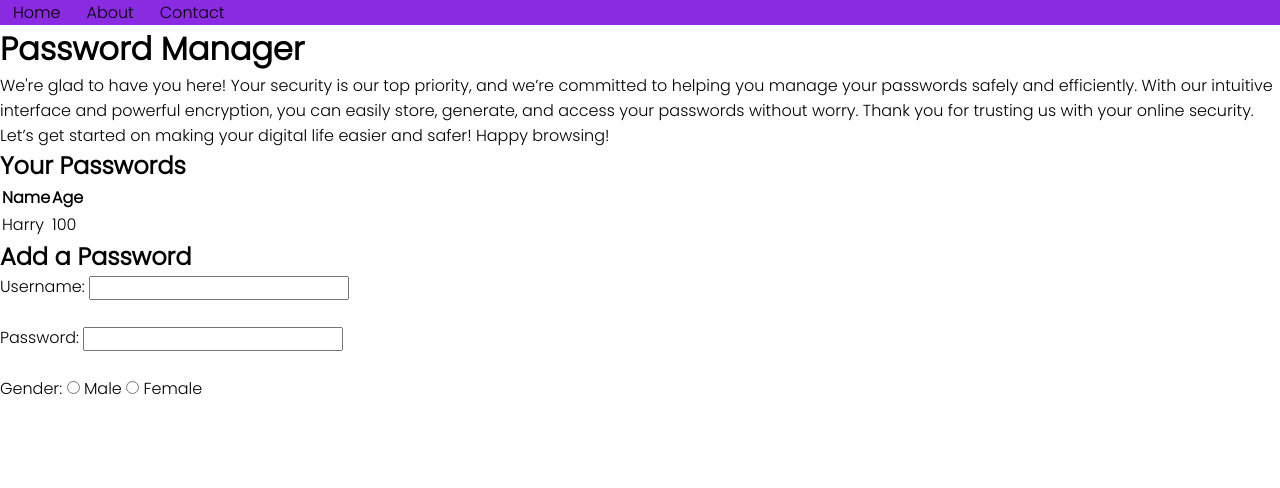
Repository: Abhi2807ar/PASSWORD-MANAGER
Page: index.html
These files come from the project's save history. The page is drawn as it stood at one moment and after the next save; the edit follows.
The browser window is 1280 px wide. The pictures show the whole page.

Above is the page before, as saved 2024-10-14 14:43:00.

After the next save:
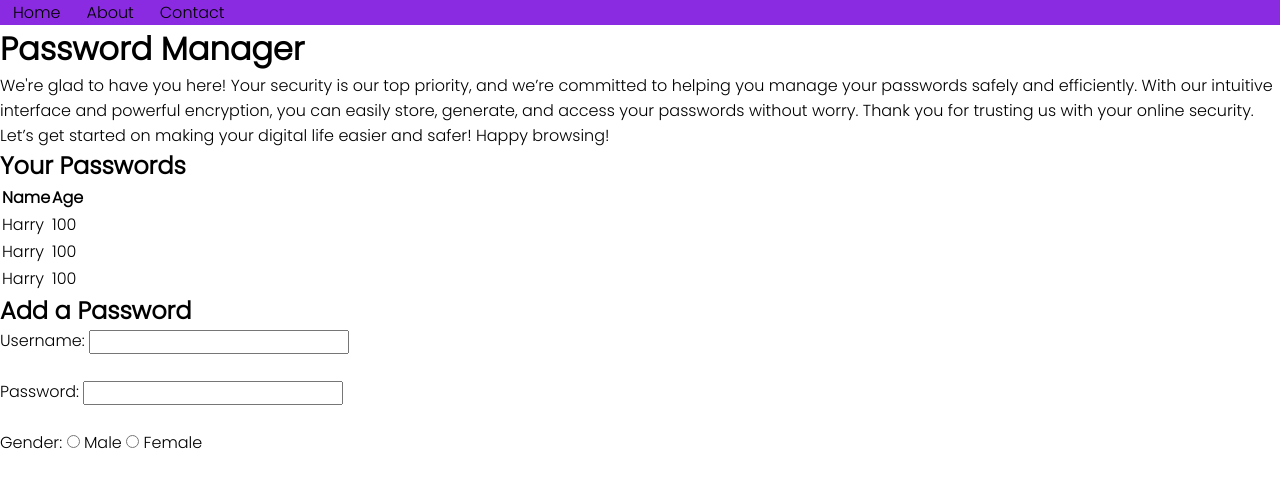
Saved 42 s later.
--- a/index.html
+++ b/index.html
@@ -60,6 +60,14 @@ Happy browsing!
               <td>Harry</td>
               <td>100</td>
             </tr>
+            <tr>
+                <td>Harry</td>
+                <td>100</td>
+              </tr>
+              <tr>
+                <td>Harry</td>
+                <td>100</td>
+              </tr>
           </table>
         <h2>Add a Password</h2>
 
